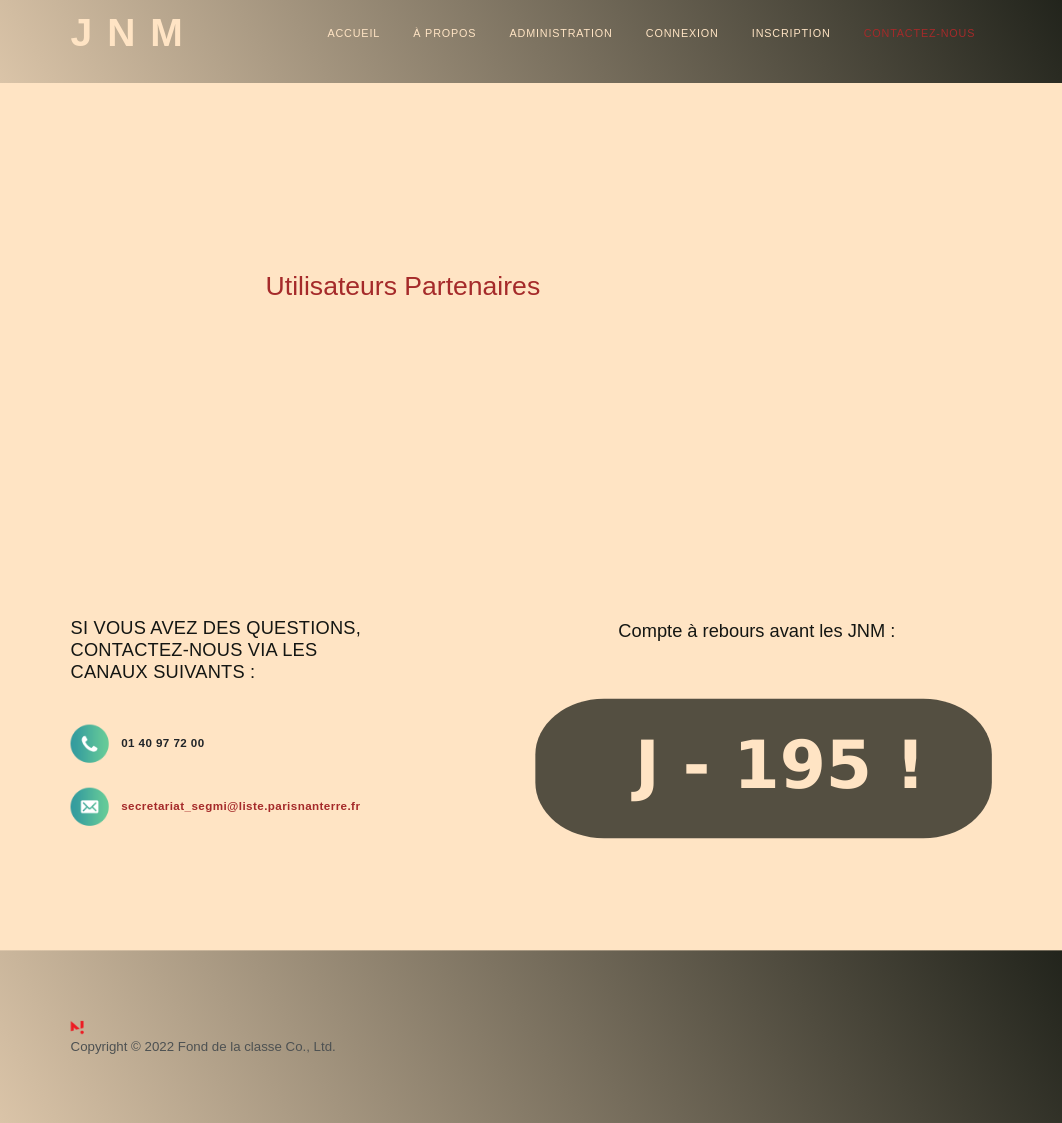
Repository: RiadNadri/ProjetWeb2022
Page: templates/Admin/admin.html.twig
These files come from the project's save history. The page is drawn as it stood at one moment and after the next save; the edit follows.
The browser window is 1280 px wide. The pictures show the whole page, at 83% of full size.
Some web fonts or font styles are not loaded; a fallback is used. The page is a Twig template of a Symfony application; nobody is signed in and links lead nowhere. The template is opened directly, without the code that normally fills it, so the values that code supplies are empty.

Above is the page before, as saved 2022-12-24 16:53:48.

After the next save:
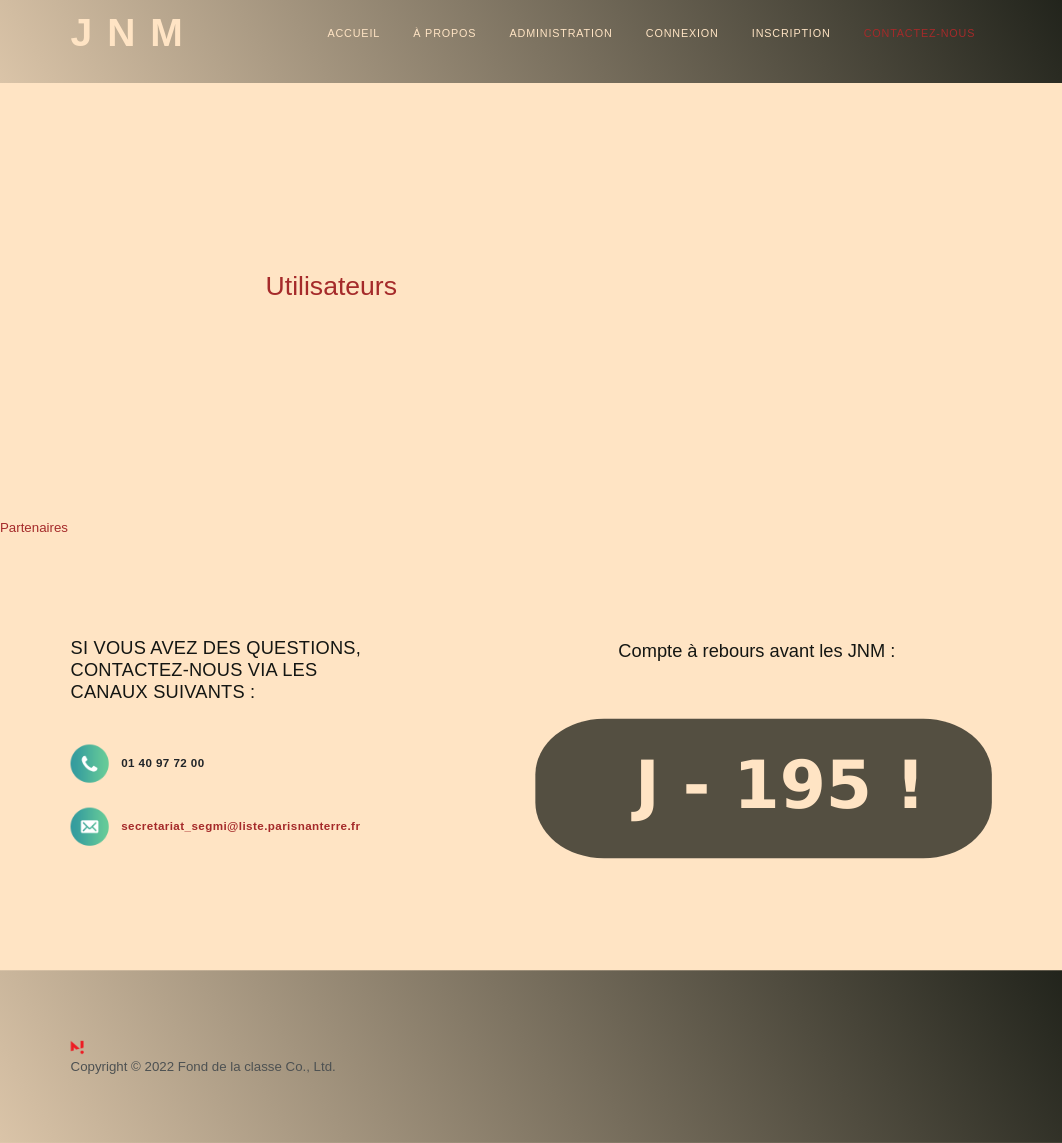
Saved 2 min 19 s later.
--- a/templates/Admin/admin.html.twig
+++ b/templates/Admin/admin.html.twig
@@ -17,12 +17,14 @@
     }
 </style>
 
-<div class="section">
+<div class="left-text-content">
     <div class="buttonUser" >
         <a href="{{path('app_user')}}">Utilisateurs</a>
-
-            <a "buttonPartenaire" class href="{{path('app_user')}}">Partenaires</a>
-
+    </div>
+</div>
+<div class="right-text-content">
+    <div>
+        <a "buttonPartenaire" class href="{{path('app_user')}}">Partenaires</a>
     </div>
 </div>
 {% endblock %}

After the 2 saves that followed:
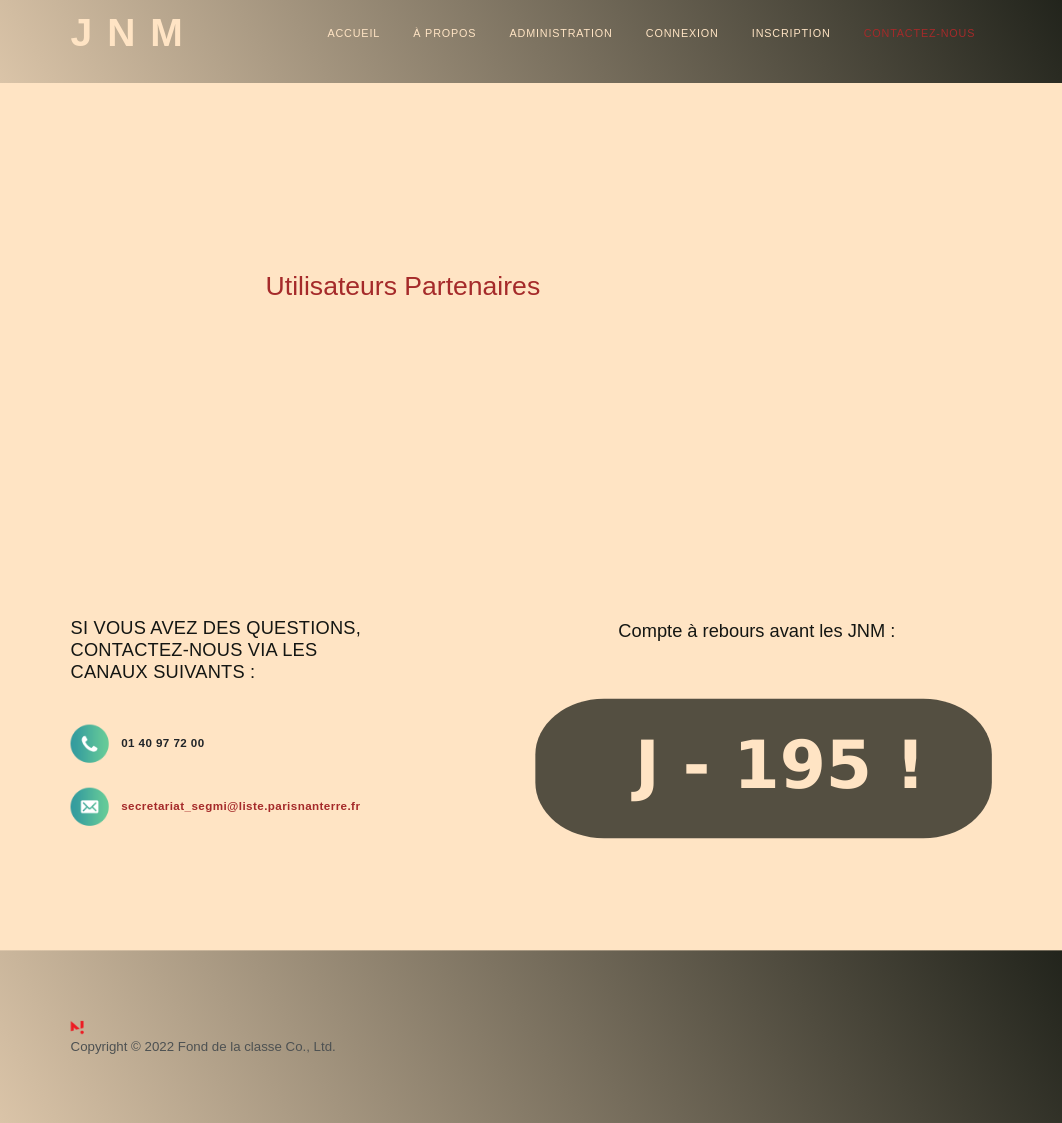
The 2 saves are shown as one change because 1 left the picture as it was.
The last was saved 111 s later.
--- a/templates/Admin/admin.html.twig
+++ b/templates/Admin/admin.html.twig
@@ -17,13 +17,9 @@
     }
 </style>
 
-<div class="left-text-content">
+<div class="section">
     <div class="buttonUser" >
         <a href="{{path('app_user')}}">Utilisateurs</a>
-    </div>
-</div>
-<div class="right-text-content">
-    <div>
         <a "buttonPartenaire" class href="{{path('app_user')}}">Partenaires</a>
     </div>
 </div>
